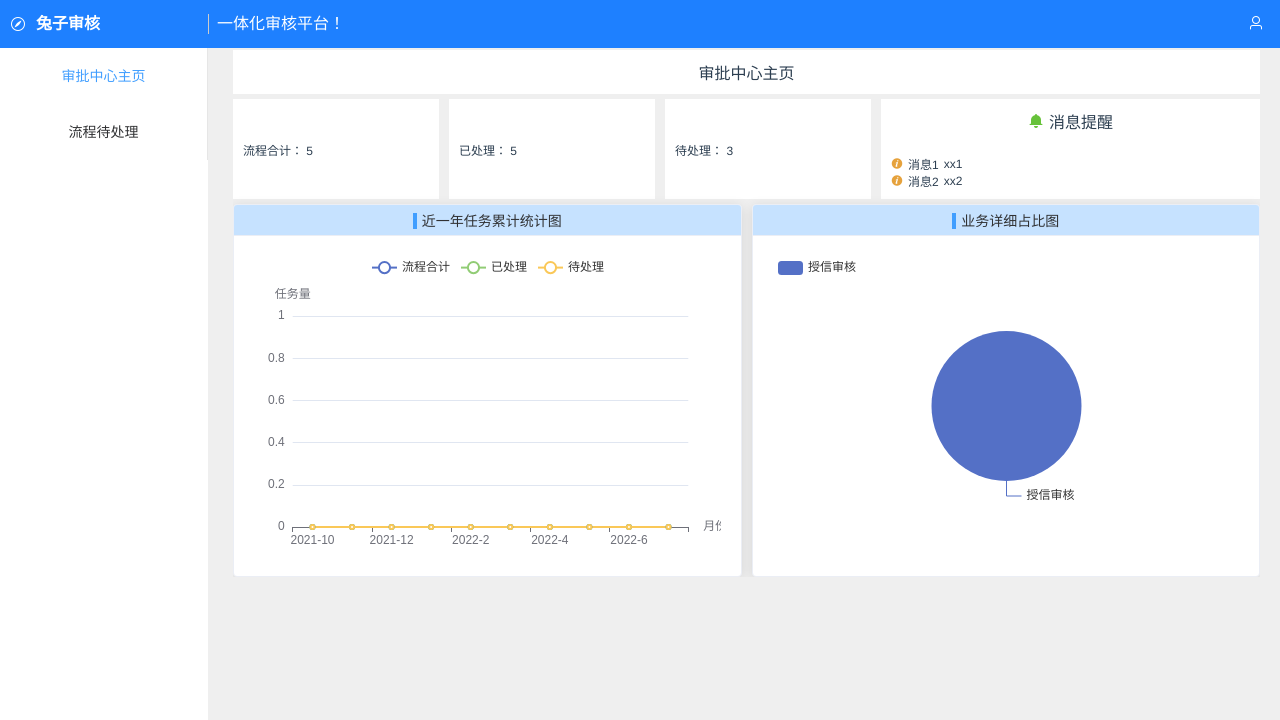
Repository: lucky-LoL735/lois
Page: / (app in project-audit/)
An editor plug-in stored every save of this project. The page is shown before and after the next save, followed by the edit.
The browser window is 1280 px wide. The pictures show the whole page.
The project was rebuilt for these pictures with package versions that can differ from the ones it lists, and the page was loaded fresh each time. Also part of the build but not shown: project-audit/vue.config.js, project-audit/src/views/ToDo.vue, project-audit/src/views/LogDetail.vue, project-audit/src/views/FlowView.vue, project-audit/src/views/HandleTask.vue, project-audit/src/views/SeeLog.vue.

Above is the page before, as saved 2022-11-17 17:13:54.

After the next save:
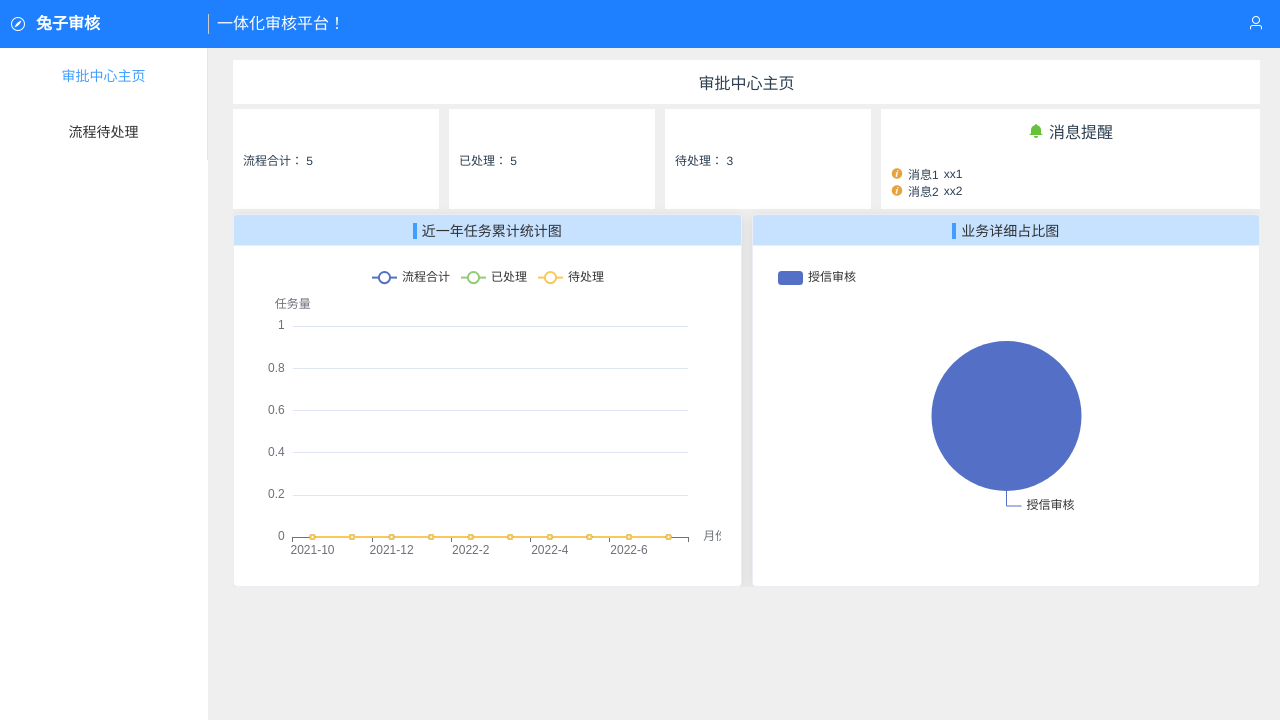
Saved 6 min 1 s later.
--- a/project-audit/src/views/HomeView.vue
+++ b/project-audit/src/views/HomeView.vue
@@ -164,7 +164,7 @@ export default ({
 <style lang="scss" scoped>
 .home {
   overflow: hidden;
-  margin-top: 30px ;
+  margin-top: 40px ;
 }
 
 .same {
